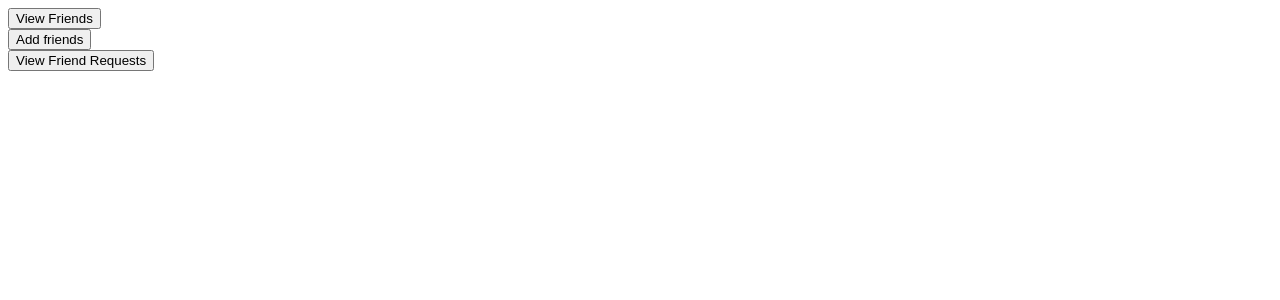
Repository: JamesArul/CLBSiteSTMT
Page: StudentsMeetFrontEnd/WebContent/User/FriendHome.html
An editor plug-in stored every save of this project. The page is shown before and after the next save, followed by the edit.
The browser window is 1280 px wide. The pictures show the whole page.

Above is the page before, as saved 2017-06-07 06:10:27.

### StudentsMeetFrontEnd/WebContent/User/FriendHome.html
<div ng-include="'Common/CommonHeader.html'"></div>
<div ng-controller="UserController as ctrl">
<div class="row">
<div class="col-sm-4">
<button type="button" class="btn btn-success" ng-click="ctrl.getFriends()">View Friends</button>
</div>
<div class="col-sm-4">
<button type="button" class="btn btn-success" ng-click="ctrl.getAllUsers()">Add friends</button>
</div>
<div class="col-sm-4">
<button type="button" class="btn btn-success" ng-click="ctrl.getFriendRequests()">View Friend Requests</button>
</div>
</div>
</div>

After the next save:
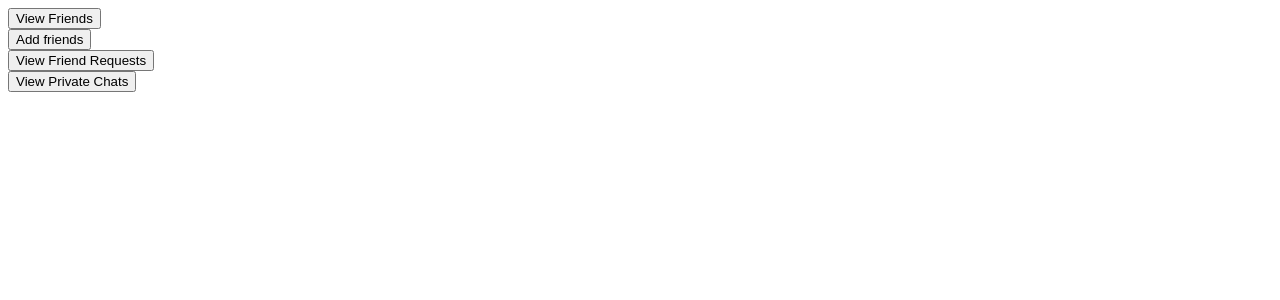
Saved 6 min 7 s later.
--- a/StudentsMeetFrontEnd/WebContent/User/FriendHome.html
+++ b/StudentsMeetFrontEnd/WebContent/User/FriendHome.html
@@ -10,5 +10,8 @@
 <div class="col-sm-4">
 <button type="button" class="btn btn-success" ng-click="ctrl.getFriendRequests()">View Friend Requests</button>
 </div>
+<div ng-controller="ChatController as cctrl">
+<button type="button" class="btn btn-warning" ng-click="cctrl.getPrivateChats()">View Private Chats</button>
 </div>
 </div>
+</div>
